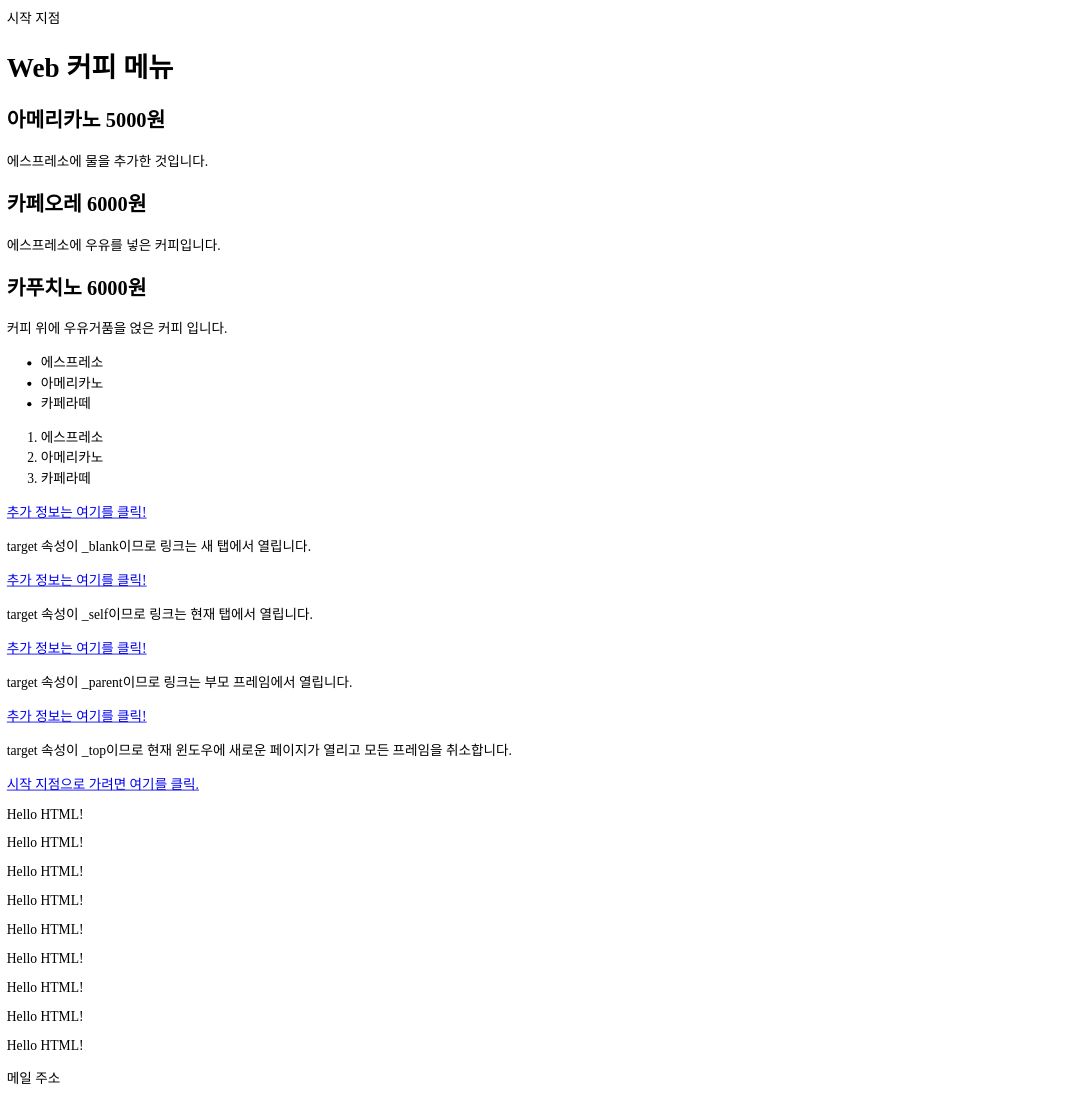
Repository: dhbaek2004/JSPex
Page: http://localhost/UX/UX_01.jsp
An editor plug-in stored every save of this project. The page is shown before and after the next save, followed by the edit.
The browser window is 1280 px wide. The pictures show the whole page, at 85% of full size.
The page is served by Tomcat 9.

Above is the page before, as saved 2020-08-25 08:44:23.

After the next save:
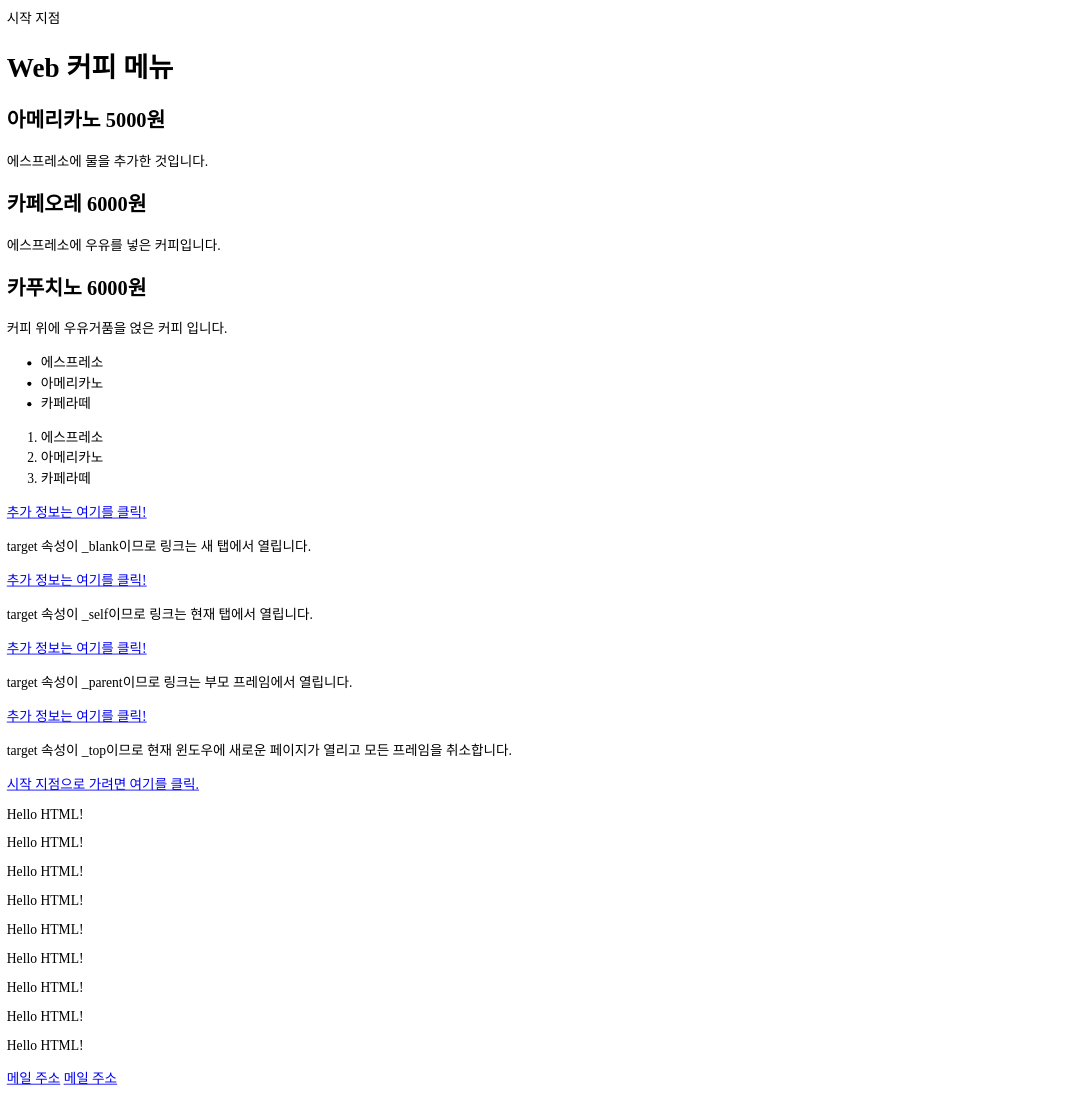
Saved 30 s later.
--- a/Infrearn/UX/UX/WebContent/UX_01.jsp
+++ b/Infrearn/UX/UX/WebContent/UX_01.jsp
@@ -54,7 +54,8 @@
 	<p> Hello HTML!</p>
 
 
-	<a herf="mailto:dhbaek2004@naver.com?subject=Feedback">메일 주소</a>
+	<a href="mailto:dhbaek2004@naver.com?subject=Feedback">메일 주소</a>
+	<a href="dhbaek2004@naver.com">메일 주소</a>
 
 
 </body>
